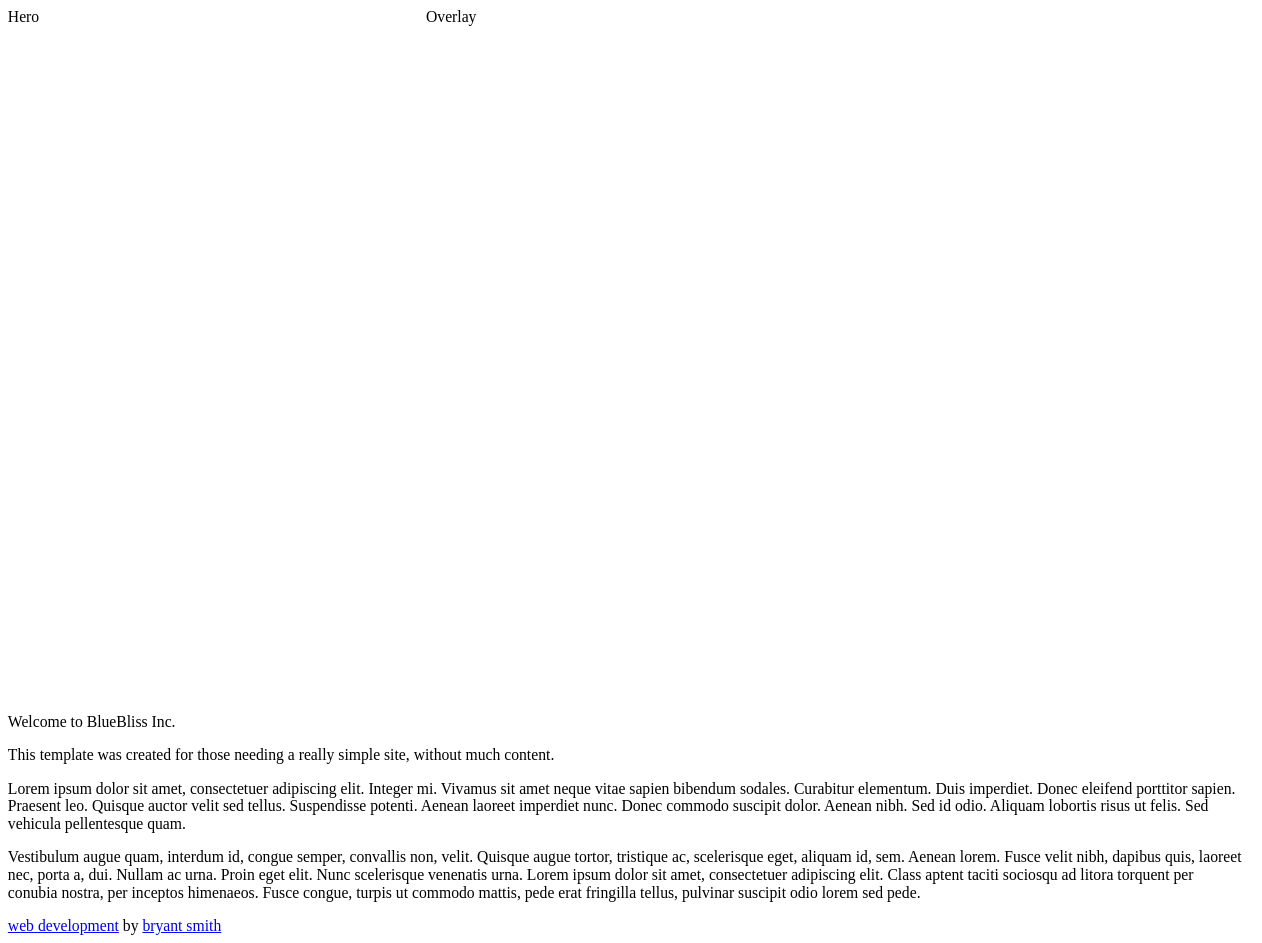
Repository: Scoofster/SWE-Flying-start-bio-website
Page: public/index.html
An editor plug-in stored every save of this project. The page is shown before and after the next save, followed by the edit.
The browser window is 1280 px wide. The page is 1288 px wide, so the pictures cover 1288 px, including what lies to the right of the window. The pictures show the whole page, at 98% of full size.

Above is the page before, as saved 2022-06-16 12:38:37.

After the next save:
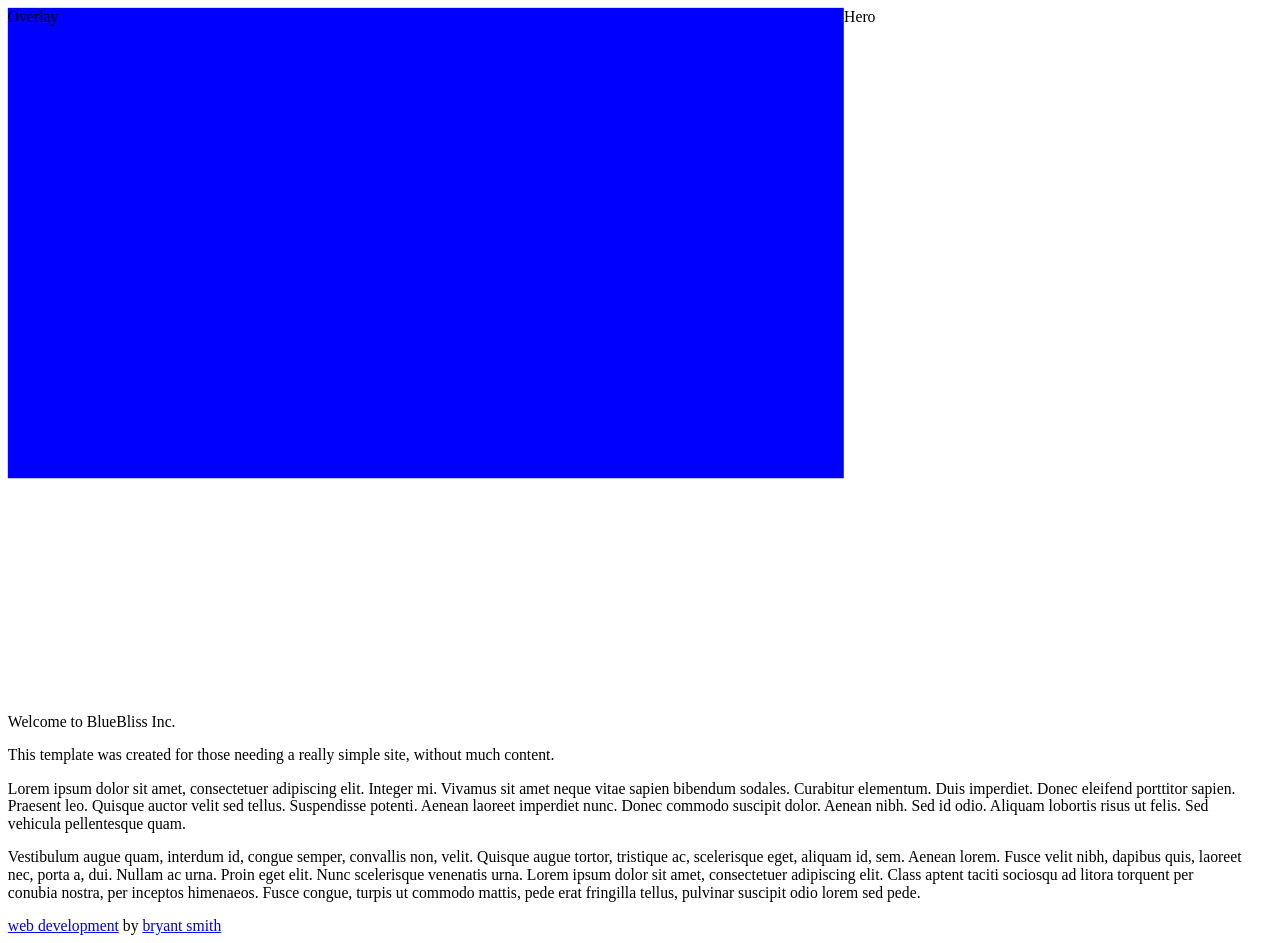
Saved 6 s later.
--- a/public/index.css
+++ b/public/index.css
@@ -11,7 +11,7 @@
 }
 
 #hero_overlay {
-    grid-area: 1 /1 /3 /3
+    grid-area: 1 /1 /3 /3;
 
     background-color: blue;
     top:0;
